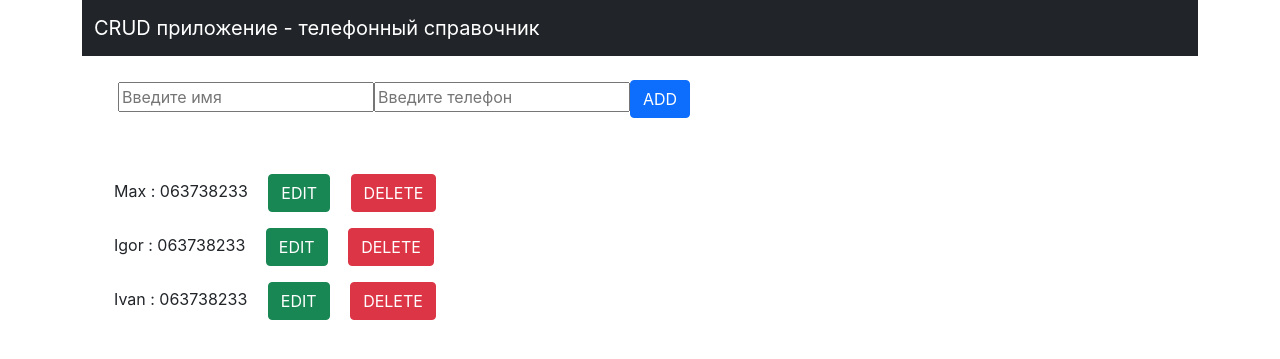
Repository: tsydikov/phone_book
Page: /
The author's editor kept a copy of each file at every save. The page is drawn from the files as they stood at one save, then again after a run of saves.
The browser window is 1280 px wide. The pictures show the whole page.
The project was rebuilt for these pictures with package versions that can differ from the ones it lists, and the page was loaded fresh each time. Also part of the build but not shown: src/App.css, src/components/Update.jsx.

Above is the page before, as saved 2021-10-07 22:35:52.

After the next 2 saves:
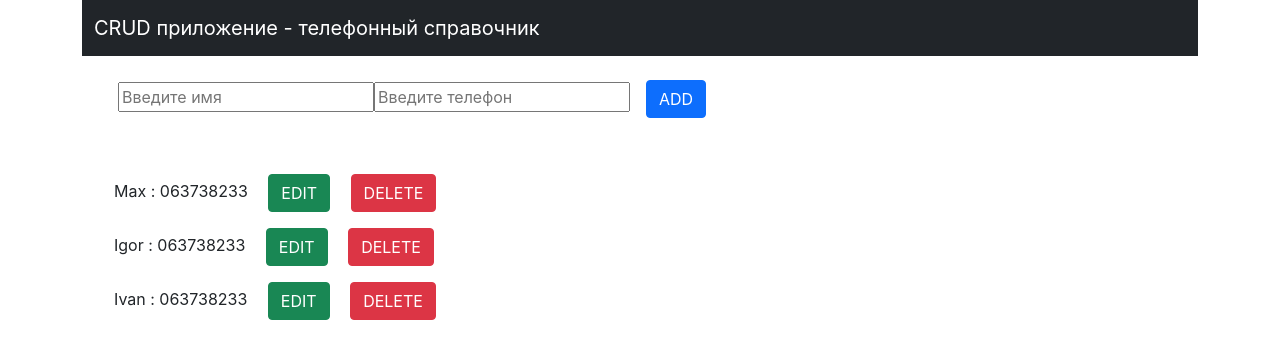
The 2 saves are shown as one change because they came seconds apart.
The last was saved 31 min 59 s later.
--- a/src/components/Form.jsx
+++ b/src/components/Form.jsx
@@ -33,7 +33,7 @@ const Form = () => {
         placeholder="Введите телефон"
         onChange={(e) => setPhone(e.target.value)}
       />
-      <Button onClick={addNewPhoneBookItem}>ADD</Button>
+      <Button className="mx-3" onClick={addNewPhoneBookItem}>ADD</Button>
     </Container>
   );
 };
